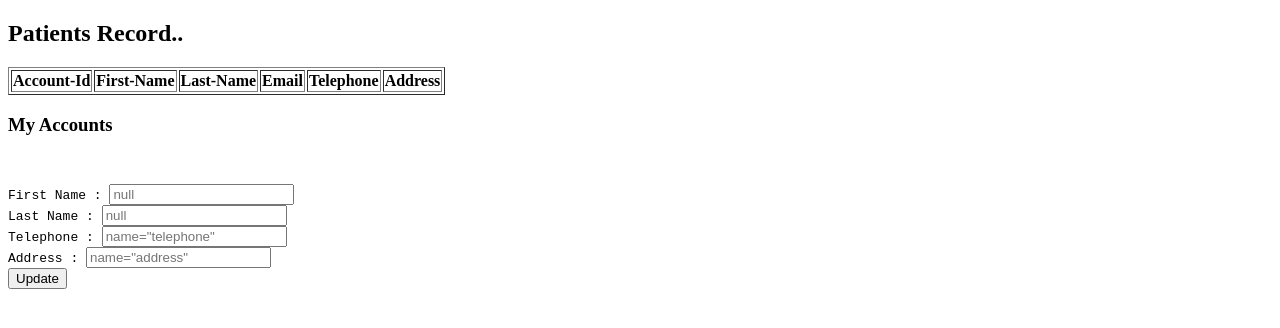
Repository: anujsoni10001/JSP-Servlet
Page: http://localhost/Minor/staff-patient.jsp
These files come from the project's save history. The page is drawn as it stood at one moment and after the next save; the edit follows.
The browser window is 1280 px wide. The pictures show the whole page.
The page is served by Tomcat 9. Other server files are loaded and not shown. Queries for data that is not in the repository find no rows.

Above is the page before, as saved 2019-03-23 05:31:41.

### FinalProject/minor - Copy/Minor/WebContent/staff-patient.jsp
<%
RequestDispatcher rd=request.getRequestDispatcher("patientrecord.jsp");
rd.include(request,response);
RequestDispatcher rd1=request.getRequestDispatcher("staff-patient2.jsp");
rd1.include(request,response);
%>

### FinalProject/minor - Copy/Minor/WebContent/patientrecord.jsp
<%@page import="pp.RegisteredDao"%>
<%@ page language="java" contentType="text/html; charset=ISO-8859-1"
    pageEncoding="ISO-8859-1"%>
<!DOCTYPE html PUBLIC "-//W3C//DTD HTML 4.01 Transitional//EN" "http://www.w3.org/TR/html4/loose.dtd">
<html>
<head>
<meta http-equiv="Content-Type" content="text/html; charset=ISO-8859-1">
<title>Insert title here</title>
</head>
<h2>Patients Record..</h2>
<body>
<%
pp.RegisteredDao rd=new RegisteredDao();
java.util.ArrayList<pp.PatientAccountBean> a1=rd.ShowallPatient();
%>
<table border=1>
<tr>
<th>Account-Id</th>
<th>First-Name</th>
<th>Last-Name</th>
<th>Email</th>
<th>Telephone</th>
<th>Address</th>
</tr>
<%
for(pp.PatientAccountBean p:a1)
{
%>
<tr>
<td><%=p.getAccountId()%></td>
<td><%=p.getFirstName()%></td>
<td><%=p.getLastName()%></td>
<td><%=p.getEmail()%></td>
<td><%=p.getTelephone()%></td>
<td><%=p.getAddress()%></td>
<td><a href="staff-patient.jsp?a_id=<%=p.getAccountId()%>&fname=<%=p.getFirstName()%>&lname=<%=p.getLastName()%>&email=<%=p.getEmail()%>&telephone=<%=p.getTelephone()%>&address=<%=p.getAddress()%>">Update</a></td>
<td><a href="delete_patient.jsp?a_id=<%=p.getAccountId()%>">Delete</a></td>
</tr>
<%
}
%>
</table>
</body>
</html>

### FinalProject/minor - Copy/Minor/WebContent/staff-patient2.jsp
<%@page import="pp.PatientAccountBean"%>
<%@page import="pp.RegisteredDao"%>
<%
String a_id=request.getParameter("a_id");
String fname=request.getParameter("fname");
String lname=request.getParameter("lname");
String email=request.getParameter("email");
String telephone=request.getParameter("telephone");
String address=request.getParameter("address");
%>
<%@ page language="java" contentType="text/html; charset=ISO-8859-1"
    pageEncoding="ISO-8859-1"%>
<!DOCTYPE html PUBLIC "-//W3C//DTD HTML 4.01 Transitional//EN" "http://www.w3.org/TR/html4/loose.dtd">
<html>
<head>
<meta http-equiv="Content-Type" content="text/html; charset=ISO-8859-1">
<title>My-Accounts</title>
</head>
<body>
<h3>My Accounts</h3>
<pre>
<form action="UpdateStafPatient">
<input type="hidden" value=<%=a_id%>>
First Name : <input type="text" placeholder=<%=fname%> name="fname">
Last Name : <input type="text" placeholder=<%=lname%> name="lname">
Telephone : <input type="text" placeholder=name="telephone">
Address : <input type="text" placeholder= name="address">
<input type="submit" value="Update"/>
</form>
</pre>
</body>
</html>

### FinalProject/minor - Copy/Minor/src/pp/RegisteredDao.java
package pp;
import java.sql.*;
import pp.PatientAccountBean;

public class RegisteredDao {
Connection con;
public Connection getConnect() throws ClassNotFoundException, SQLException
{
Class.forName("com.mysql.cj.jdbc.Driver");
con=DriverManager.getConnection("jdbc:mysql://localhost:3306/minor","root","root");
return con;
}
public java.util.ArrayList<PatientAccountBean> ShowPro(String email) throws ClassNotFoundException, SQLException
{
java.util.ArrayList<PatientAccountBean> a1=new java.util.ArrayList<pp.PatientAccountBean>();
con=getConnect();
String qr="select * from accounts where Email=?";
PreparedStatement ps=con.prepareStatement(qr);
ps.setString(1,email);
ResultSet rs=ps.executeQuery();
while(rs.next())
{
pp.PatientAccountBean p=new pp.PatientAccountBean();
p.setFirstName(rs.getString("FirstName"));
p.setLastName(rs.getString("LastName"));
p.setTelephone(rs.getString("Telephone"));
p.setAddress(rs.getString("Address"));
p.setAccountId(rs.getInt("AccountId"));
a1.add(p);
}
con.close();
return a1;
}
public int update(PatientAccountBean p) throws ClassNotFoundException, SQLException
{
int i=0;
con=getConnect();
///Remember Query///
//update table tablename -XXXX...//
//Wrong Syntax Putted...in the Mid-Sam-Exam//
String qr="update accounts set LastName=?,FirstName=?,Telephone=?,Address=? where Email=?";
PreparedStatement ps=con.prepareStatement(qr);
ps.setString(1,p.getLastName());
ps.setString(2,p.getFirstName());
ps.setString(3,p.getTelephone());
ps.setString(4,p.getAddress());
ps.setString(5,p.getEmail());
i=ps.executeUpdate();
con.close();
return i;
}
public java.util.ArrayList<Doctor> ShowPro() throws ClassNotFoundException, SQLException
{
java.util.ArrayList<Doctor> a1=new java.util.ArrayList<pp.Doctor>();
con=getConnect();
String qr="select * from doctor";
Statement st=con.createStatement();
ResultSet rs=st.executeQuery(qr);
while(rs.next())
{
pp.Doctor p=new pp.Doctor();
p.setDoctorId(rs.getInt("DoctorId"));
a1.add(p);
}
con.close();
return a1;
}
public java.util.ArrayList<Doctor> ShowPro(int id) throws ClassNotFoundException, SQLException
{
java.util.ArrayList<Doctor> a1=new java.util.ArrayList<pp.Doctor>();
con=getConnect();
String qr="select * from doctor,specialty,hospital where doctor.SpecialtyId=specialty.SpecialtyId and DoctorId=? and doctor.HospitalId=hospital.HospitalId";
PreparedStatement ps=con.prepareStatement(qr);
ps.setInt(1,id);
ResultSet rs=ps.executeQuery();
while(rs.next())
{
pp.Doctor p=new pp.Doctor();
p.setDcotorName(rs.getString("DcotorName"));
p.setDescription(rs.getString("Description"));
p.setHospitalName(rs.getString("HospitalName"));
p.setHospitalId(rs.getString("HospitalId"));
p.setYearOfExperience(rs.getInt("YearOfExperience"));
a1.add(p);
}
con.close();
return a1;
}
public int addPro(pp.Appointment a) throws ClassNotFoundException, SQLException
{
int i=0;
con=getConnect();
 ///Remember Query///
//insert table tablename -XXXX...Wrong//
//Wrong Syntax Putted...in the Mid-Sam-Exam//
String qr="insert into Appointment(DoctorId,HospitalId,Date,BookedbyAccountId,Status) values(?,?,?,?,?)";
PreparedStatement ps=con.prepareStatement(qr);
ps.setString(1,a.getDoctorId());
ps.setString(2,a.getHospitalId());
ps.setString(3,a.getDate());
ps.setInt(4,a.getAppointmentId());
ps.setString(5,a.getStatus());
i=ps.executeUpdate();
con.close();
return i;
}
public java.util.ArrayList<pp.Appointment> ShowAppoint(int bbyid) throws ClassNotFoundException, SQLException
{
java.util.ArrayList<pp.Appointment> a1=new java.util.ArrayList<pp.Appointment>();
con=getConnect();
String qr="select * from Appointment,doctor,Accounts,Hospital where Appointment.DoctorId=doctor.DoctorId and AccountId=BookedByAccountId and doctor.HospitalId=Hospital.HospitalId and BookedbyAccountId=?";
PreparedStatement ps=con.prepareStatement(qr);
ps.setInt(1,bbyid);
ResultSet rs=ps.executeQuery();
while(rs.next())
{
pp.Appointment a=new Appointment();
a.setAppointmentId(rs.getInt("AppointmentId"));
a.setHospitalName(rs.getString("HospitalName"));
a.setDoctorName(rs.getString("DcotorName"));
a.setDate(rs.getString("Date"));
a.setStatus(rs.getString("Status"));
a.setChargesRM(rs.getDouble("ChargesRM"));
a1.add(a);
}
con.close();
return a1;
}
public int updateAppoint(pp.Appointment a) throws ClassNotFoundException, SQLException
{
int i=0;
con=getConnect();
///Remember Query///
//update table tablename -XXXX...//
//Wrong Syntax Putted...in the Mid-Sam-Exam//
String qr="update appointment set DoctorId=?,HospitalId=?,Date=?,BookedbyAccountId=? where AppointmentId=?";
PreparedStatement ps=con.prepareStatement(qr);
ps.setString(1,a.getDoctorId());
ps.setString(2,a.getHospitalId());
ps.setString(3,a.getDate());
ps.setInt(4,a.getBookedbyAccountId());
ps.setInt(5,a.getAppointmentId());
i=ps.executeUpdate();
con.close();
return i;
}
public int delete(Appointment a) throws ClassNotFoundException, SQLException
{
int i=0;
con=getConnect();
///Remember Query///
//delete table tablename -XXXX...Wrong//
//Wrong Syntax Putted...in the Mid-Sam-Exam//
String qr="delete from Appointment where AppointmentId=?";
PreparedStatement ps=con.prepareStatement(qr);
ps.setInt(1,a.getAppointmentId());
i=ps.executeUpdate();
con.close();
return i;
}
public boolean VerifyCard(Creditcard c) throws ClassNotFoundException, SQLException
{
con=getConnect();
String qr="select * from creditcard where CardNo=? and ExpiryDate=? and SecurityCode=? and CardType=?";

PreparedStatement ps=con.prepareStatement(qr);
ps.setString(1,c.getCardNo());
ps.setString(2,c.getExpiryDate());
ps.setString(3,c.getSecurityCode());
ps.setString(4,c.getCardType());
ResultSet rs=ps.executeQuery();
if(rs.next())
{
con.close();
return true;
}
else
{
con.close();
return false;
}
}
public int updateAppointStatus(pp.Appointment a) throws ClassNotFoundException, SQLException
{
int i=0;
con=getConnect();
///Remember Query///
//update table tablename -XXXX...//
//Wrong Syntax Putted...in the Mid-Sam-Exam//
String qr="update appointment set Status=? where AppointmentId=?";
PreparedStatement ps=con.prepareStatement(qr);
ps.setString(1,a.getStatus());
ps.setInt(2,a.getAppointmentId());
i=ps.executeUpdate();
con.close();
return i;
}
public java.util.ArrayList<pp.Appointment> ShowCompletedAppoint(int bbyid) throws ClassNotFoundException, SQLException
{
java.util.ArrayList<pp.Appointment> a1=new java.util.ArrayList<pp.Appointment>();
con=getConnect();
String qr="select * from Appointment,doctor,Accounts,Hospital where Appointment.DoctorId=doctor.DoctorId and AccountId=BookedByAccountId and doctor.HospitalId=Hospital.HospitalId and BookedbyAccountId=? and Status='Completed'";
PreparedStatement ps=con.prepareStatement(qr);
ps.setInt(1,bbyid);
ResultSet rs=ps.executeQuery();
while(rs.next())
{
pp.Appointment a=new Appointment();
a.setAppointmentId(rs.getInt("AppointmentId"));
a.setHospitalName(rs.getString("HospitalName"));
a.setDoctorName(rs.getString("DcotorName"));
a.setDate(rs.getString("Date"));
a.setStatus(rs.getString("Status"));
a.setChargesRM(rs.getDouble("ChargesRM"));
a1.add(a);
}
con.close();
return a1;
}
public int addPro(pp.Rating r) throws ClassNotFoundException, SQLException
{
int i=0;
con=getConnect();
 ///Remember Query///
//insert table tablename -XXXX...Wrong//
//Wrong Syntax Putted...in the Mid-Sam-Exam//
String qr="insert into rating values(?,?)";
PreparedStatement ps=con.prepareStatement(qr);
ps.setString(1,r.getAppointmentId());
ps.setInt(2,r.getConsultationRating());
i=ps.executeUpdate();
con.close();
return i;
}
public java.util.ArrayList<pp.Hospital> ShowHospital() throws ClassNotFoundException, SQLException
{
java.util.ArrayList<Hospital> a1=new java.util.ArrayList<pp.Hospital>();
con=getConnect();
String qr="select * from hospital";
Statement st=con.createStatement();
ResultSet rs=st.executeQuery(qr);
while(rs.next())
{
pp.Hospital h=new pp.Hospital();
h.setHospitalName(rs.getString("HospitalName"));
a1.add(h);
}
con.close();
return a1;
}
public java.util.ArrayList<pp.Hospital> ShowHospitalId(String HospitalName) throws ClassNotFoundException, SQLException
{
java.util.ArrayList<Hospital> a1=new java.util.ArrayList<pp.Hospital>();
con=getConnect();
String qr="select * from hospital where HospitalName=?";
PreparedStatement ps=con.prepareStatement(qr);
ps.setString(1,HospitalName);
ResultSet rs=ps.executeQuery();
while(rs.next())
{
pp.Hospital h=new pp.Hospital();
h.setHospitalId(rs.getString("HospitalId"));
a1.add(h);
}
con.close();
return a1;
}
public int addStaff(pp.Staff s) throws ClassNotFoundException, SQLException
{
int i=0;
con=getConnect();
 ///Remember Query///
//insert table tablename -XXXX...Wrong//
//Wrong Syntax Putted...in the Mid-Sam-Exam//
String qr="insert into staff values(?,?,?,?,?,?,?,?,?,?)";
PreparedStatement ps=con.prepareStatement(qr);
ps.setInt(1,s.getStaffId());
ps.setString(2,s.getEmail());
ps.setString(3,s.getPassword());
ps.setString(4,s.getFirstName());
ps.setString(5,s.getLastName());
ps.setString(6,s.getICNumber());
ps.setString(7,s.getTelephone());
ps.setString(8,s.getAddress());
ps.setString(9,s.getPosition());
ps.setString(10,s.getHospitalId());
i=ps.executeUpdate();
con.close();
return i;
}
public java.util.ArrayList<PatientAccountBean> ShowallPatient() throws ClassNotFoundException, SQLException
{
java.util.ArrayList<PatientAccountBean> a1=new java.util.ArrayList<pp.PatientAccountBean>();
con=getConnect();
String qr="select * from accounts";
Statement st=con.createStatement();
ResultSet rs=st.executeQuery(qr);
while(rs.next())
{
pp.PatientAccountBean p=new pp.PatientAccountBean();
p.setFirstName(rs.getString("FirstName"));
p.setLastName(rs.getString("LastName"));
p.setTelephone(rs.getString("Telephone"));
p.setAddress(rs.getString("Address"));
p.setAccountId(rs.getInt("AccountId"));
p.setEmail(rs.getString("Email"));
a1.add(p);
}
con.close();
return a1;
}
public int updateStaffPatient(PatientAccountBean p) throws ClassNotFoundException, SQLException
{
int i=0;
con=getConnect();
///Remember Query///
//update table tablename -XXXX...//
//Wrong Syntax Putted...in the Mid-Sam-Exam//
String qr="update accounts set LastName=?,FirstName=?,Telephone=?,Address=?,Email=? where AccountId=?";
PreparedStatement ps=con.prepareStatement(qr);
ps.setString(1,p.getLastName());
ps.setString(2,p.getFirstName());
ps.setString(3,p.getTelephone());
ps.setString(4,p.getAddress());
ps.setString(5,p.getEmail());
i=ps.executeUpdate();
con.close();
return i;
}
}

After the next save:
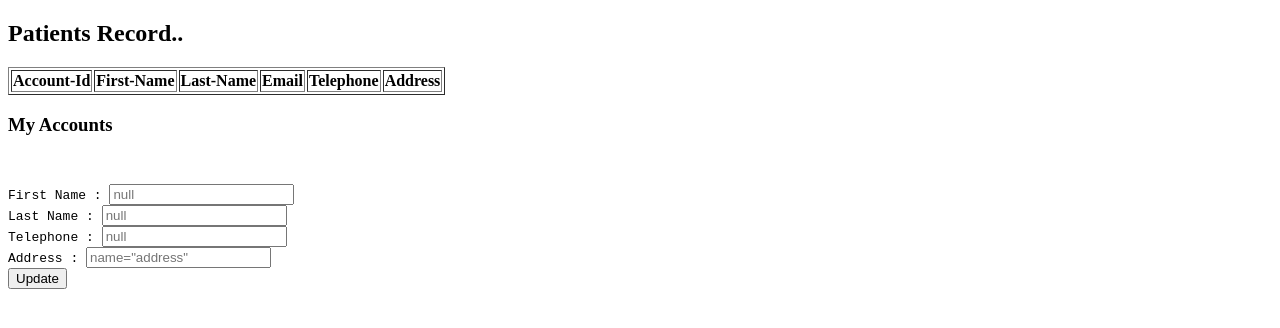
Saved 15 s later.
--- a/FinalProject/minor - Copy/Minor/WebContent/staff-patient2.jsp
+++ b/FinalProject/minor - Copy/Minor/WebContent/staff-patient2.jsp
@@ -23,7 +23,7 @@ String address=request.getParameter("address");
 <input type="hidden" value=<%=a_id%>>
 First Name : <input type="text" placeholder=<%=fname%> name="fname">
 Last Name : <input type="text" placeholder=<%=lname%> name="lname">
-Telephone : <input type="text" placeholder=name="telephone">
+Telephone : <input type="text" placeholder=<%=telephone%> name="telephone">
 Address : <input type="text" placeholder= name="address">
 <input type="submit" value="Update"/>
 </form>
